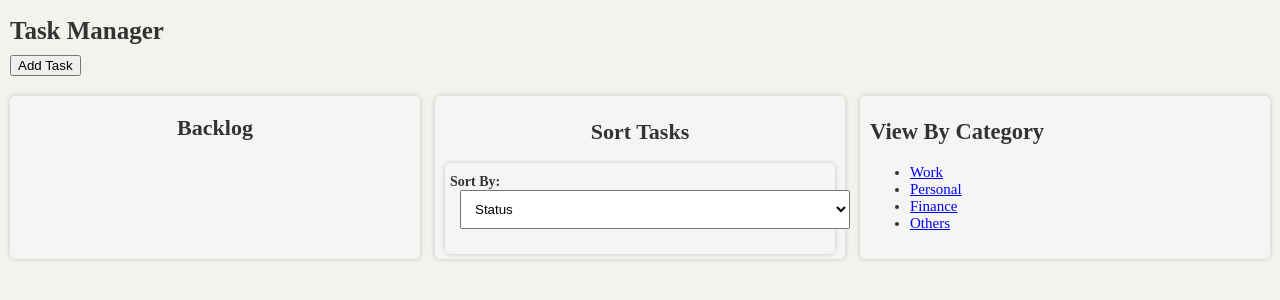
Repository: n-shen/task-tracker
Page: / (app in frontend/)
These files come from the project's save history. The page is drawn as it stood at one moment and after the next save; the edit follows.
The browser window is 1280 px wide. The pictures show the whole page.
The project was rebuilt for these pictures with package versions that can differ from the ones it lists, and the page was loaded fresh each time. Also part of the build but not shown: frontend/src/components/taskManager/addTask.jsx, frontend/src/components/tasks/task.jsx, frontend/src/components/taskManager/categoryTasks.jsx. Imported but missing from the stored project, and not drawn on this page: frontend/src/reportWebVitals.

Above is the page before, as saved 2023-04-20 14:16:10.

### frontend/public/index.html
<!DOCTYPE html>
<html lang="en">
  <head>
    <meta charset="utf-8" />
    <link rel="icon" href="%PUBLIC_URL%/favicon.ico" />
    <meta name="viewport" content="width=device-width, initial-scale=1" />
    <meta name="theme-color" content="#000000" />
    <meta
      name="description"
      content="Web site created using create-react-app"
    />
    <link rel="apple-touch-icon" href="%PUBLIC_URL%/logo192.png" />
    <!--
      manifest.json provides metadata used when your web app is installed on a
      user's mobile device or desktop. See https://developers.google.com/web/fundamentals/web-app-manifest/
    -->
    <link rel="manifest" href="%PUBLIC_URL%/manifest.json" />
    <!--
      Notice the use of %PUBLIC_URL% in the tags above.
      It will be replaced with the URL of the `public` folder during the build.
      Only files inside the `public` folder can be referenced from the HTML.

      Unlike "/favicon.ico" or "favicon.ico", "%PUBLIC_URL%/favicon.ico" will
      work correctly both with client-side routing and a non-root public URL.
      Learn how to configure a non-root public URL by running `npm run build`.
    -->
    <title>Task Tracker App</title>
  </head>
  <body>
    <noscript>You need to enable JavaScript to run this app.</noscript>
    <div id="root"></div>
    <!--
      This HTML file is a template.
      If you open it directly in the browser, you will see an empty page.

      You can add webfonts, meta tags, or analytics to this file.
      The build step will place the bundled scripts into the <body> tag.

      To begin the development, run `npm start` or `yarn start`.
      To create a production bundle, use `npm run build` or `yarn build`.
    -->
  </body>
</html>

### frontend/src/index.js
import React from "react";
import ReactDOM from "react-dom/client";
import "./styles/index.css";
import App from "./App";
import reportWebVitals from "./reportWebVitals";
import { BrowserRouter } from "react-router-dom";

const root = ReactDOM.createRoot(document.getElementById("root"));
root.render(
  <React.StrictMode>
    <BrowserRouter>
      <App />
    </BrowserRouter>
  </React.StrictMode>
);

// If you want to start measuring performance in your app, pass a function
// to log results (for example: reportWebVitals(console.log))
// or send to an analytics endpoint. Learn more: https://bit.ly/CRA-vitals
reportWebVitals();

### frontend/src/styles/index.css
body {
  margin: 0;
  font-family: -apple-system, BlinkMacSystemFont, 'Segoe UI', 'Roboto', 'Oxygen',
    'Ubuntu', 'Cantarell', 'Fira Sans', 'Droid Sans', 'Helvetica Neue',
    sans-serif;
  -webkit-font-smoothing: antialiased;
  -moz-osx-font-smoothing: grayscale;
  background-color: #f2f5f5;
}

code {
  font-family: source-code-pro, Menlo, Monaco, Consolas, 'Courier New',
    monospace;
}

html {
  font-size: 62.5%;
}

### frontend/src/App.js
import React from "react";
import TaskManager from "./components/taskManager/manager";


function App() {
  return (
    <div className="App">
      <TaskManager />
    </div>
  );
}

export default App;

### frontend/src/components/taskManager/manager.jsx
import React, { useState, useEffect } from "react";
import AddTaskForm from "./addTask";
import TaskList from "../tasks/taskLists";
import SortTasks from "./sortTasks";
import ViewByCategory from "./viewByCategory";
import CategoryTask from "./categoryTasks";
import { Routes, Route } from "react-router-dom";
import "../../styles/manager.css";

const TaskManager = () => {
  const [tasks, setTasks] = useState(
    JSON.parse(localStorage.getItem("tasks")) || []
  );
  const [showAddTask, setShowAddTask] = useState(false);

  useEffect(() => {
    localStorage.setItem("tasks", JSON.stringify(tasks));
  }, [tasks]);

  const handleAddTask = (task) => {
    setTasks([...tasks, task]);
    setShowAddTask(false);
  };

  const handleShowAddTask = () => {
    setShowAddTask(true);
  };

  const handleHideAddTask = () => {
    setShowAddTask(false);
  };

  const handleDeleteTask = (index) => {
    const newTasks = [...tasks];
    newTasks.splice(index, 1);
    setTasks(newTasks);
  };

  const handleEditTask = (index, newTask) => {
    const newTasks = [...tasks];
    newTasks[index] = newTask;
    setTasks(newTasks);
  };

  return (
    <div className="taskManager">
      <div className="taskManager--wrapper">
        <h1 className="taskManager--title">Task Manager</h1>
          <div className="taskManager--addTask">
            <div className="taskManager--addTask__btn">
              <button onClick={handleShowAddTask} className="addTask-btn">
                Add Task
              </button>
            </div>
            <div className="taskManager--addTask__container">
              {showAddTask && (
                <AddTaskForm
                  onAdd={handleAddTask}
                  onHideAddTask={handleHideAddTask}
                />
              )}
            </div>
          </div>
          <div className="taskManager--grid">
          <div className="taskManager--taskList">
            <TaskList
              tasks={tasks}
              onDelete={handleDeleteTask}
              onEdit={handleEditTask}
            />
          </div>
          <div className="taskManager--sort">
            <SortTasks tasks={tasks} />
          </div>
          <div className="taskManager--view">
            <Routes>
              <Route path="/" element={<ViewByCategory tasks={tasks} />} />
              <Route
                path="/category/:category"
                element={<CategoryTask tasks={tasks} />}
              />
            </Routes>
          </div>
        </div>
      </div>
    </div>
  );
};

export default TaskManager;

### frontend/src/components/tasks/taskLists.jsx

import React from "react";
import Task from "./task";
import "../../styles/taskList.css";

const TaskList = ({ tasks, onDelete, onEdit }) => {
  return (
    <div className="taskList">
      <h1 className="taskList--head">Backlog</h1>
      {tasks.map((task, index) => (
        <Task
          key={index}
          index={index}
          task={task}
          onDelete={onDelete}
          onEdit={onEdit}
        />
      ))}
    </div>
  );
};

export default TaskList;

### frontend/src/components/taskManager/sortTasks.jsx
import { React, useState } from "react";
import "../../styles/sortTasks.css";

const SortTask = ({ tasks }) => {
  const [sortBy, setSortBy] = useState("status");

  const sortedTasks =
    tasks?.slice().sort((a, b) => {
      switch (sortBy) {
        case "title":
          return a.title.localeCompare(b.title);
        case "status":
          return a.status.localeCompare(b.status);
        case "dateAdded":
          return new Date(a.dateAdded) - new Date(b.dateAdded);
        case "dueDate":
          return new Date(a.dueDate) - new Date(b.dueDate);
        case "category":
          return a.category.localeCompare(b.category);
        default:
          return 0;
      }
    }) || [];

  const handleSortBy = (e) => {
    setSortBy(e.target.value);
  };

  return (
    <div className="sort">
      <h2 className="sort--head">Sort Tasks</h2>
      <div className="sort--wrapper">
        <div className="sort--select">
          <label htmlFor="sort" className="sort--label">
            Sort By:{" "}
          </label>
          <select name="sort" value={sortBy} onChange={handleSortBy}>
            <option value="title" className="sort--option">
              Title
            </option>
            <option value="status" className="sort--option">
              Status
            </option>
            <option value="dateAdded" className="sort--option">
              Date Added
            </option>
            <option value="dueDate" className="sort--option">
              Due Date
            </option>
          </select>
        </div>
        <div>
          <ul className="sort--lists">
            {sortedTasks.map((task, index) => (
              <li key={index} className="sort--list">
                <p className="sort--list__item">{task.title}</p>
                <p className="sort--list__item">{task.description}</p>
                <p className="sort--list__item">Status: {task.status}</p>
                <p className="sort--list__item">Date Added: {task.dateAdded}</p>
                <p className="sort--list__item">Due Date: {task.dueDate}</p>
                <p className="sort--list__item">Category: {task.category}</p>
              </li>
            ))}
          </ul>
        </div>
      </div>
    </div>
  );
};

export default SortTask;

### frontend/src/components/taskManager/viewByCategory.jsx
import React from "react";
import { Link, useParams } from "react-router-dom";

const ViewByCategory = ({ tasks }) => {
  const categories = ["Work", "Personal", "Finance", "Others"];
  const { category } = useParams();

  const tasksByCategory = (category) => {
    return tasks.filter((task) => task.category === category);
  };

  return (
    <div>
      <h2>View By Category</h2>
      <ul>
        {categories.map((categoryName) => (
          <li key={categoryName}>
            <Link to={`/category/${categoryName}`}>
              {categoryName}
            </Link>
          </li>
        ))}
      </ul>
      {category && (
        <div>
          <h3>{category}</h3>
          <ul>
            {tasksByCategory(category).map((task, index) => (
              <li key={index}>
                <div>Title: {task.title}</div>
                <div>Description: {task.description}</div>
                <div>Status: {task.status}</div>
                <div>Due Date: {task.dueDate}</div>
                <div>Category: {task.category}</div>
              </li>
            ))}
          </ul>
        </div>
      )}
    </div>
  );
};

export default ViewByCategory;

### frontend/src/styles/manager.css
.taskManager {
    background-color: #f3f2ed;
    width: 100%;
    min-height: 100vh;
    display: flex;
    flex-direction: column;
    font-family: 'Fira Sans';
    font-size: 1.5rem;
    font-weight: 400;
    color: #333;
}

.taskManager--wrapper {
    padding: 0 1rem;
}

.taskManager--title {
    font-size: 2.5rem;
    font-weight: 700;
    margin-bottom: 1rem;
}

.taskManager--grid {
    display: grid;
    grid-template-columns: repeat(3, minmax(min-content, 1fr));
    grid-gap: 1.5rem;
    width: 100%;
    padding: 2rem 0;
}

.taskManager--grid > div {
    background-color: 	#F5F5F5;
    border-radius: 0.5rem;
    padding: .5rem 1rem;
    box-shadow: 0 0 0.5rem rgba(0, 0, 0, 0.2);
}

### frontend/src/styles/taskList.css
.taskList {
  display: flex;
  flex-direction: column;
  align-items: flex-start;
  width: 100%;
  height: 100%;
}

.taskList--head {
  align-self: center;
  font-size: 2.2rem;
  font-weight: 700;
}

.task {
  display: flex;
  flex-direction: column;
  align-items: flex-start;
  width: 100%;
  height: 100%;
  margin-bottom: 1rem;
}

.task--wrapper {
  display: flex;
  flex-direction: column;
  align-items: center;
  width: 100%;
  height: 100%;
  border-radius: 0.5rem;
  box-shadow: 0 0 0.5rem rgba(0, 0, 0, 0.2);
}

.task--item {
  display: flex;
  justify-content: center;
  align-items: center;
  width: 70%;
  height: 100%;
  border-bottom: 1px solid #00bfff;
  padding-bottom: 1rem;
  font-size: 1.3rem;
}

strong {
  font-weight: 700;
  margin-right: .5rem;
}

.task--item:last-child {
  border-bottom: none;
}

.task--btns {
  display: flex;
  justify-content: center;
  align-items: center;
  gap: 2rem;
  width: 100%;
  height: 100%;
  padding: 1rem;
}

.task--btn {
  border-radius: 1rem;
  background-color: #00bfff;
  color: #F5F5F5;
  font-size: 1.2rem;
  cursor: pointer;
  padding: 0.5rem 1rem;
  border: none;
  outline: none;
}

.task--btn:hover {
  color: #00bfff;
  background-color: #f3f2ed;
}

### frontend/src/styles/sortTasks.css
.sort {
  display: flex;
  flex-direction: column;
  align-items: flex-start;
  width: 100%;
  height: 100%;
}

.sort--head {
  align-self: center;
  font-size: 2.2rem;
  font-weight: 700;
}

.sort--wrapper {
  display: flex;
  flex-direction: column;
  align-items: center;
  width: 100%;
  height: 100%;
  border-radius: 0.5rem;
  box-shadow: 0 0 0.5rem rgba(0, 0, 0, 0.2);
}

.sort--select {
  width: 100%;
  padding: 1rem;
  margin-left: 1rem;
}

.sort--label {
  font-size: 1.4rem;
  font-weight: 700;
  margin-right: 0.5rem;
}

select {
  width: 100%;
  padding: 1rem;
  margin-left: 1rem;
}

After the next save:
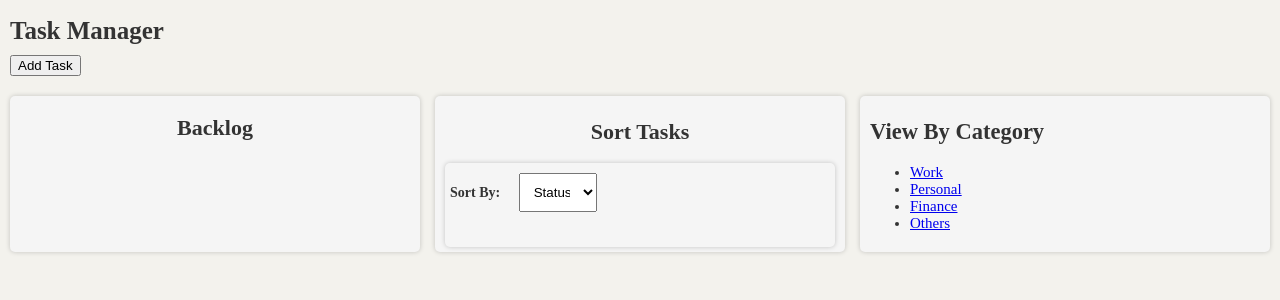
Saved 7 s later.
--- a/frontend/src/styles/sortTasks.css
+++ b/frontend/src/styles/sortTasks.css
@@ -35,7 +35,7 @@
 }
 
 select {
-  width: 100%;
+  width: 20%;
   padding: 1rem;
   margin-left: 1rem;
 }
